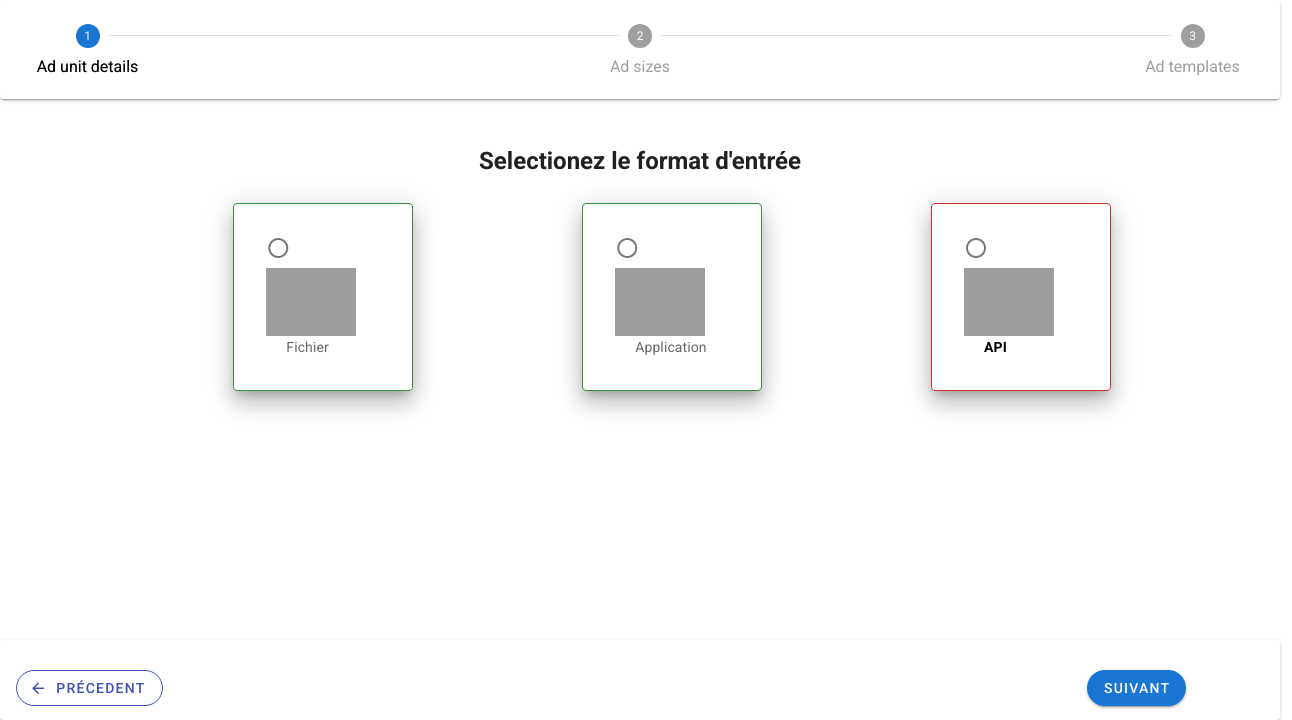
Repository: SidneyHodieb/myc
Page: /addsource/format
An editor plug-in stored every save of this project. The page is shown before and after the next save, followed by the edit.
The browser window is 1280 px wide. The page is 1292 px wide, so the pictures cover 1292 px, including what lies to the right of the window. The pictures show the whole page.
Pictures or frames that could not be fetched are drawn as grey boxes. The project was rebuilt for these pictures with package versions that can differ from the ones it lists, and the page was loaded fresh each time. Also part of the build but not shown: vue.config.js, src/views/Home.vue, src/views/addSource/components/card.vue, src/views/addSource/components/trigger.vue.

Above is the page before, as saved 2021-04-04 14:04:59.

After the next save:
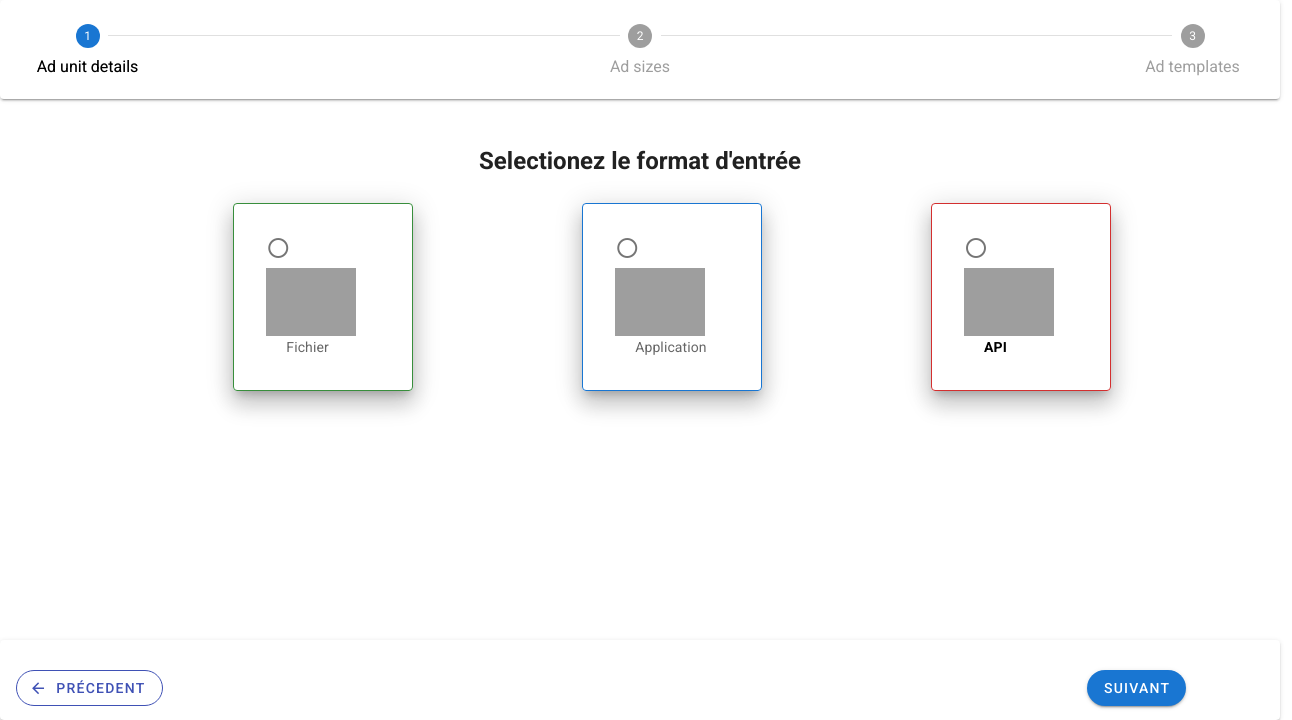
Saved 12 s later.
--- a/src/views/addSource/components/format.vue
+++ b/src/views/addSource/components/format.vue
@@ -26,7 +26,7 @@
       </v-col>
       <v-col>
         <v-card elevation="14" width="180">
-          <v-alert outlined color="green darken-2">
+          <v-alert outlined color="blue darken-2">
           <v-card-text>
             <v-radio
                 color="blue"
